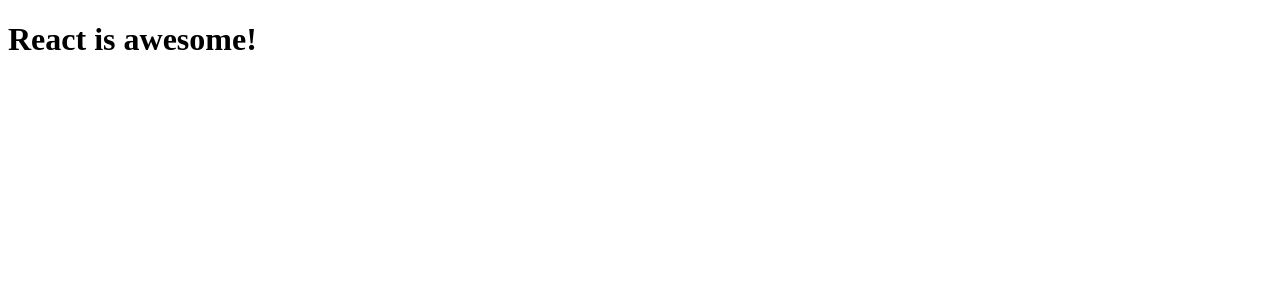
Repository: Sophia-Wan/COMP3170-Lab1
Page: / (app in Lab1/)
An editor plug-in stored every save of this project. The page is shown before and after the next save, followed by the edit.
The browser window is 1280 px wide. The pictures show the whole page.
The project was rebuilt for these pictures with package versions that can differ from the ones it lists, and the page was loaded fresh each time. Also part of the build but not shown: Lab1/vite.config.js, Lab1/src/index.css.

Above is the page before, as saved 2025-09-08 11:48:41.

### Lab1/index.html
<!DOCTYPE html>
<html lang="en">
    <head>
        <meta charset="UTF-8" />
        <link
            rel="icon"
            type="image/svg+xml"
            href="/vite.svg" />
        <meta
            name="viewport"
            content="width=device-width, initial-scale=1.0" />
        <title>Getting started with React</title>
    </head>
    <body>
        <div id="root"></div>
        <script
            type="module"
            src="/src/main.jsx"></script>
    </body>
</html>

### Lab1/src/App.jsx
function App() {
    return <h1>React is awesome!</h1>;
}

export default App;

Loaded but not shown: Lab1/src/main.jsx (common file)

After the next save:
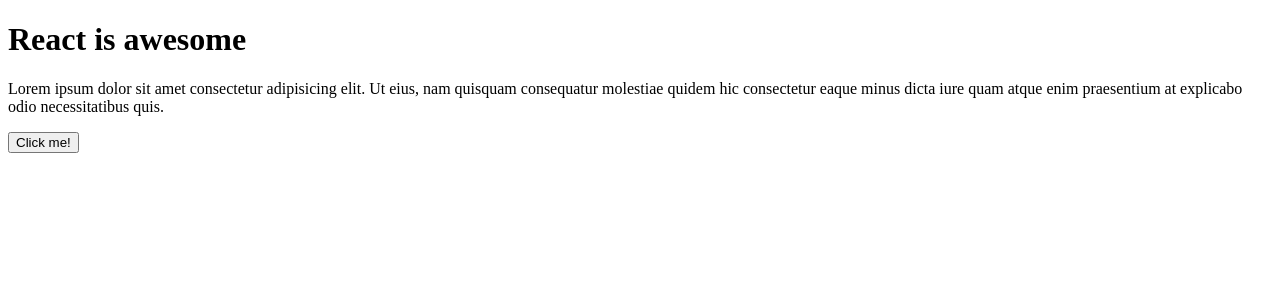
Saved 2 min 23 s later.
--- a/Lab1/src/App.jsx
+++ b/Lab1/src/App.jsx
@@ -1,5 +1,16 @@
 function App() {
-    return <h1>React is awesome!</h1>;
+    return (
+        <div>
+            <h1>React is awesome</h1>
+            <p>
+                Lorem ipsum dolor sit amet consectetur adipisicing elit. Ut
+                eius, nam quisquam consequatur molestiae quidem hic consectetur
+                eaque minus dicta iure quam atque enim praesentium at explicabo
+                odio necessitatibus quis.
+            </p>
+            <button> Click me!</button>
+        </div>
+    );
 }
 
 export default App;
